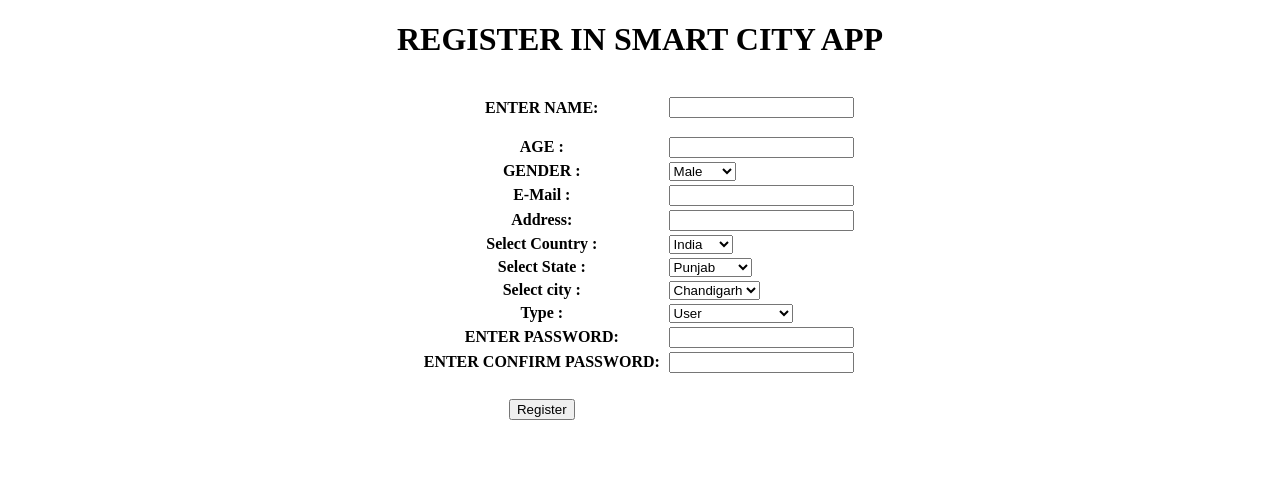
Repository: ishaan001/Smart-Tourist-App
Page: SmartTouristApp/WebContent/Register_smartApp.html
These files come from the project's save history. The page is drawn as it stood at one moment and after the next save; the edit follows.
The browser window is 1280 px wide. The pictures show the whole page.

Above is the page before, as saved 2017-09-23 04:18:27.

After the next save:
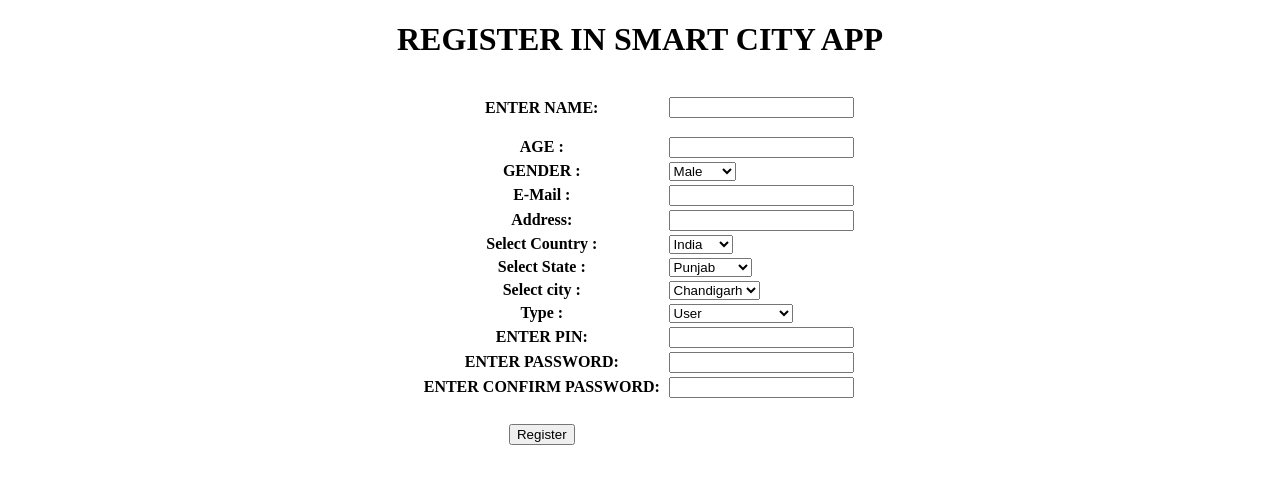
Saved 14 min 50 s later.
--- a/SmartTouristApp/WebContent/Register_smartApp.html
+++ b/SmartTouristApp/WebContent/Register_smartApp.html
@@ -15,6 +15,7 @@ function validateform()
 	var eml = document.forms["f2"]["email"].value;
     var atpos = eml.indexOf("@");
     var dotpos = eml.lastIndexOf(".");
+    var p =document.f2.pin.value
 
 
 	if (name==null || name=="")
@@ -105,6 +106,10 @@ function validateform()
     </select></td>
   </tr>
   <tr>
+    <th scope="row">ENTER PIN:</th>
+    <td><input type="text" name="pin" required></td>
+  </tr>
+  <tr>
     <th scope="row">ENTER PASSWORD:</th>
     <td><input type="password" name="pass" required></td>
   </tr>
